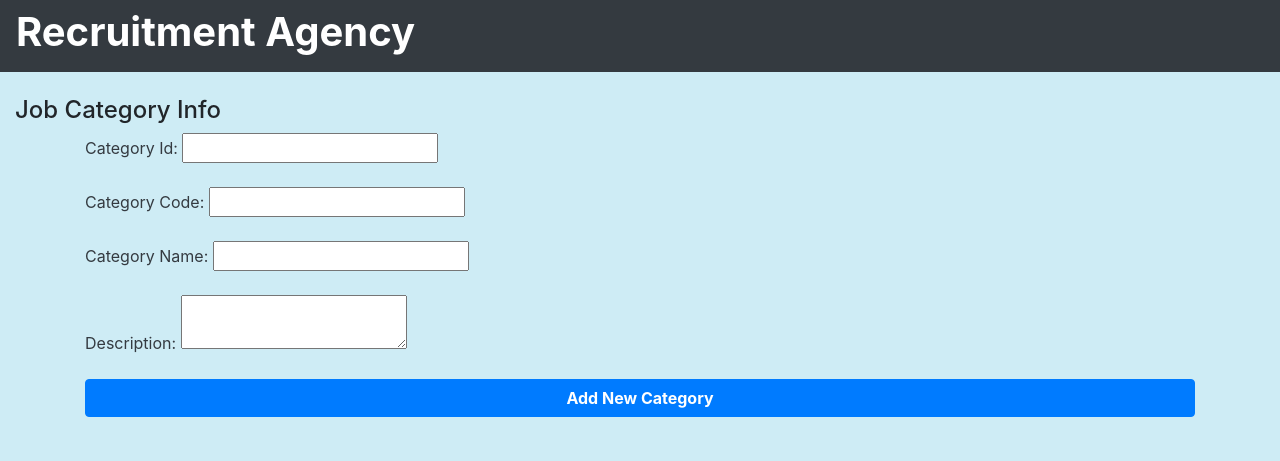
Repository: ism-shahriar/RecruitmentAgencyPortal
Page: http://localhost/index
These files come from the project's save history. The page is drawn as it stood at one moment and after the next save; the edit follows.
The browser window is 1280 px wide. The pictures show the whole page.
The page is this project's Thymeleaf template; nobody is signed in. The template is opened directly, without the code that normally fills it, so the values that code supplies are empty.

Above is the page before, as saved 2020-04-17 06:24:44.

### MicroServiceJobCat/src/main/resources/templates/index.html
<!DOCTYPE html>
<html xmlns:th="http://www.thymeleaf.org">
<head>
<meta charset="ISO-8859-1">
<title>Job Category</title>
</head>
<link rel="stylesheet"
	href="https://maxcdn.bootstrapcdn.com/bootstrap/4.4.1/css/bootstrap.min.css">
<body style="background-color: #CEECF5">
<nav class="navbar navbar-expand-sm bg-dark navbar-dark">
	<h1 style="font-weight: bold; color: white">Recruitment Agency</h1>
</nav>
	<div class="container-fluid" style="background-color: #CEECF5">
	<br><h4>Job Category Info</h4>
		<form class="container text-dark" action="add" method="POST">
			Category Id: <input type="text" name="catId" /><br></br>
			Category Code: <input type="text" name="catCode" /><br></br>
			Category Name: <input type="text" name="catName" /><br></br>
			Description: <textarea name="catDesc"></textarea><br></br>

			<button type="submit" class="btn btn-primary mb-2"
				style="width: 100%; font-weight: bold">Add New Category</button>
</form>

	</div>

</body>
</html>

After the next save:
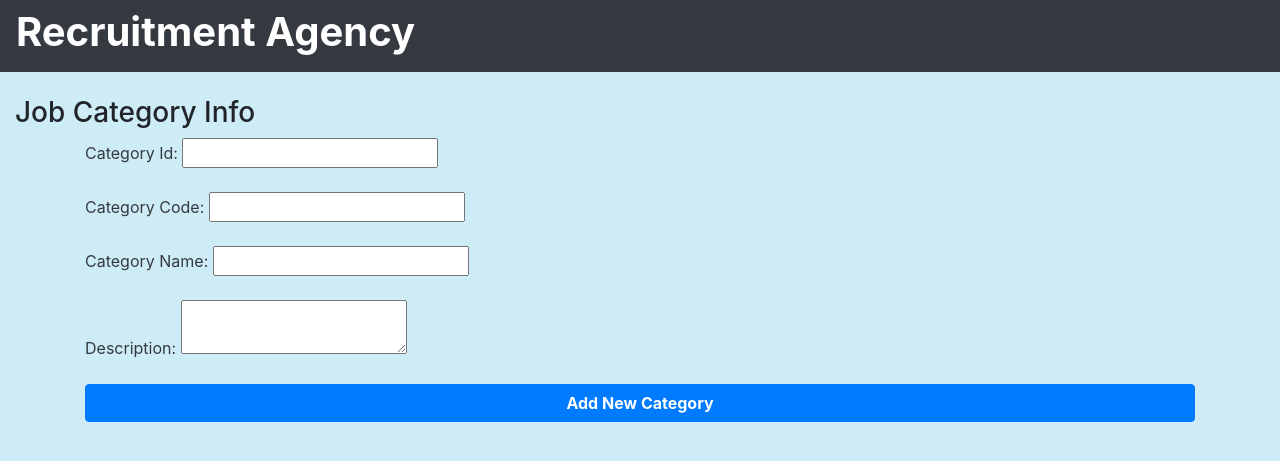
Saved 11 s later.
--- a/MicroServiceJobCat/src/main/resources/templates/index.html
+++ b/MicroServiceJobCat/src/main/resources/templates/index.html
@@ -11,7 +11,7 @@
 	<h1 style="font-weight: bold; color: white">Recruitment Agency</h1>
 </nav>
 	<div class="container-fluid" style="background-color: #CEECF5">
-	<br><h4>Job Category Info</h4>
+	<br><h3>Job Category Info</h3>
 		<form class="container text-dark" action="add" method="POST">
 			Category Id: <input type="text" name="catId" /><br></br>
 			Category Code: <input type="text" name="catCode" /><br></br>
